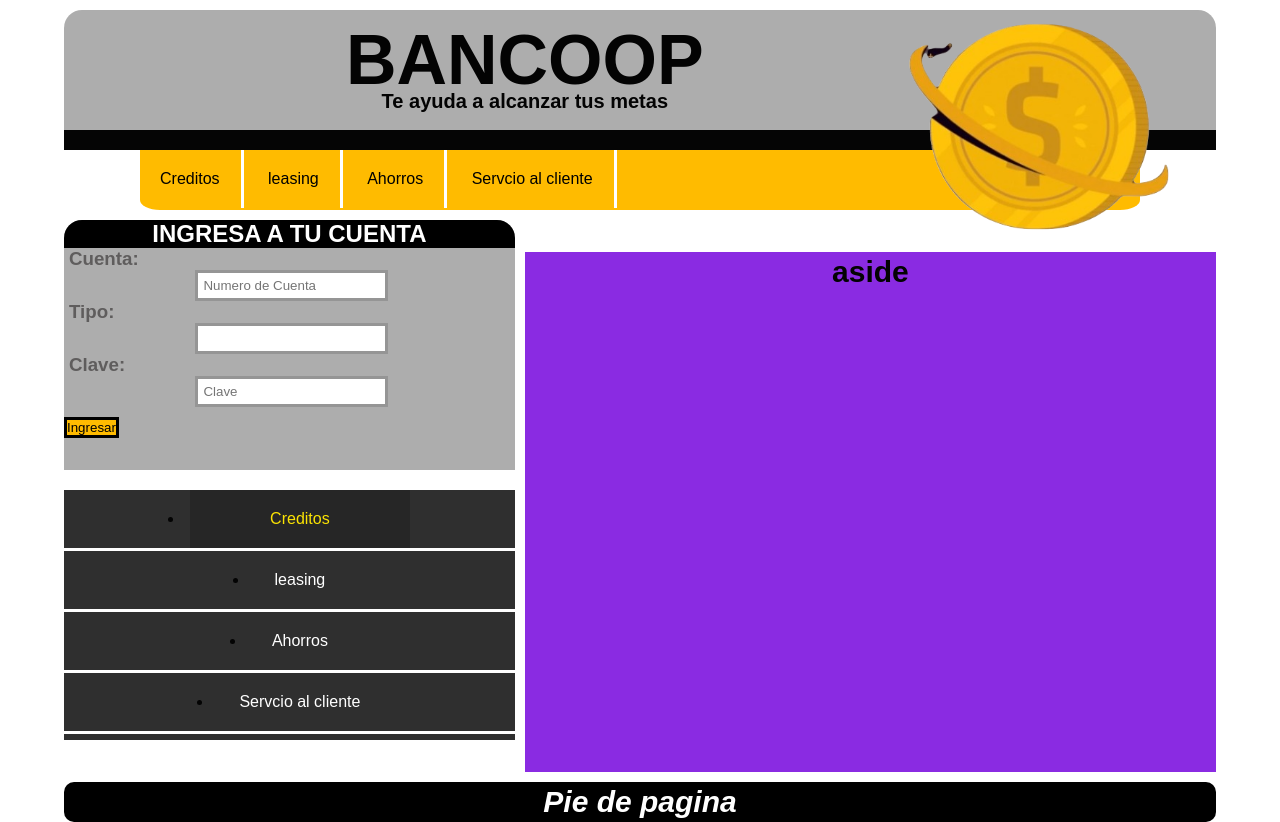
Repository: NickArregoces/BANCOOP
Page: Index.html
These files come from the project's save history. The page is drawn as it stood at one moment and after the next save; the edit follows.
The browser window is 1280 px wide. The pictures show the whole page.
The pointer rests on the first visible `.opciones li a`.

Above is the page before, as saved 2021-09-29 20:46:08.

### Index.html
<!DOCTYPE html>
<html lang="en">
<head>
    <meta charset="UTF-8">
    <meta http-equiv="X-UA-Compatible" content="IE=edge">
    <meta name="viewport" content="width=device-width, initial-scale=1.0">
    <title>BANCOOP Home</title>
    <link rel="stylesheet" href="/CSS/Style.css">
</head>
<body>
    <div id="head">
        <header>
            <div class="image">
                <img src="/Images/logo.png" alt="logo">
            </div>
            <div class="title" >
                <h1>BANCOOP</h1>
                <h3>Te ayuda a alcanzar tus metas</h3>
            </div>

        </header>

        <nav class="barra"></nav>

        <ul class="menu">
            <li><a href="#">Creditos</a></li>
            <li><a href="#">leasing</a></li>
            <li><a href="#">Ahorros</a></li>
            <li><a href="#">Servcio al cliente</a></li>
        </ul>
    </div>

        <div id="Contenido">
            <div class="section">
                <form action="" class="login">
                    <h2 style="color: rgb(255, 255, 255);">INGRESA A TU CUENTA</h2>

                    <h3 >Cuenta:<input type="number" placeholder="Numero de Cuenta"></h3>

                    <h3>Tipo:<input type="text"></h3>

                    <h3>Clave:<input type="password" placeholder="Clave"></h3>

                    <button class="sumbit"> Ingresar </button>
                </form>

                <article class="opciones">
                    <li><a href="#">Creditos</a></li>
                    <li><a href="#">leasing</a></li>
                    <li><a href="#">Ahorros</a></li>
                    <li><a href="#">Servcio al cliente</a></li>
                </article>
            </div>

            <div id="Cuadros">
                <aside>
                    <h2>aside</h2>
                </aside>
            </div>

                <div>
                    <footer>
                        <h2>Pie de pagina</h2>
                    </footer>
                </div>
        </div>

</body>
</html>

### CSS/Style.css

*{
    margin: 0 auto;
    padding: 0px;
}
body{
    font-family: Arial, Helvetica, sans-serif;
    background: rgb(255, 255, 255);
    width: 90%;
    color: rgb(3, 3, 3);
}
header{
    width: 100%;
    margin-top: 10px;
    background: rgb(173, 173, 173);
    border-top-left-radius:  18px;
    border-top-right-radius:  18px;
    height: 120px;
}
    img{
        float: right;
        width: 30%;
    }
    .title{
        float: right;
        width: 60%;
        margin-top: 20px;
    }
    header h1{
        font-size: 70px;
        text-align: center;
        line-height: 60px;
        display: block;
    }
    header h3{
        font-size: 20px;
        text-align: center;
    }
nav.barra{
    background: rgb(5, 5, 5);
    height: 20px;
}

ul.menu{
    border-bottom-left-radius: 20px 10px;
    border-bottom-right-radius: 20px 10px;
    background: rgb(255, 187, 0);
    height: 60px;
    list-style: none;
    padding: 0;
    max-width: 1000px;
}
    .menu li a{
        margin-right: 1px;
        text-decoration: none;
        color:black;
        padding: 20px;
        display: inline-block;
    }
    .menu li {
        border-right: solid white;
        display: inline-block;
        }
    .menu li a:hover{
        background: #242323b6;
        color: white;
        }

.section{
    width: 40%;
    float: left;
}
    form{
        background: rgb(173, 173, 173);
        border-top-left-radius: 18px;
        border-top-right-radius: 18px;
        margin-top: 10px;
        margin-right:10px;
        margin-bottom: 10px;
        height: 250px;
    }
        .login h2{
            text-align: center;
            background: black;
            border-top-left-radius: 18px;
            border-top-right-radius: 18px;
        }
        form h3{
            margin-left: 5px;
            color: rgb(95, 93, 93);
        }
        form input{
            padding: 5px;
            display: block;
            border: solid rgb(149, 149, 149);
        }
        button{
            margin-top: 10px;
            text-align: center;
            background: rgb(255, 187, 0);
            border: solid black;
        }

    article {
        height: 250px;
        background: rgba(0, 0, 0, 0.815);
        margin-top: 20px;
        margin-right:10px;
        margin-bottom: 10px;
    }
        .opciones li a{
            margin-right: 1px;
            text-align: center;
            text-decoration: none;
            color:rgb(255, 255, 255);
            padding: 20px;
            display: inline-block;
        }
        .opciones li {
            border-bottom: solid white;
            text-align: center;
            display:inline-flexbox;
            }
        .opciones li a:hover{
            background: #242323b6;
            color: rgb(251, 227, 3);
            width: 40%;
            }

aside{
    width: 60%;
    height: 520px;
    background: blueviolet;
    margin-top: 10px;
    float: right;
    margin-bottom: 10px;
}
    aside h2{
        font-size: 30px;
        text-align: center;
        line-height: 40px;
    }


footer{
    background: black;
    clear: both;
    border-radius: 10px;
}
    footer h2{
        font-size: 30px;
        text-align: center;
        line-height: 40px;
        color: white;
        font-style:italic;
    }

After the next save:
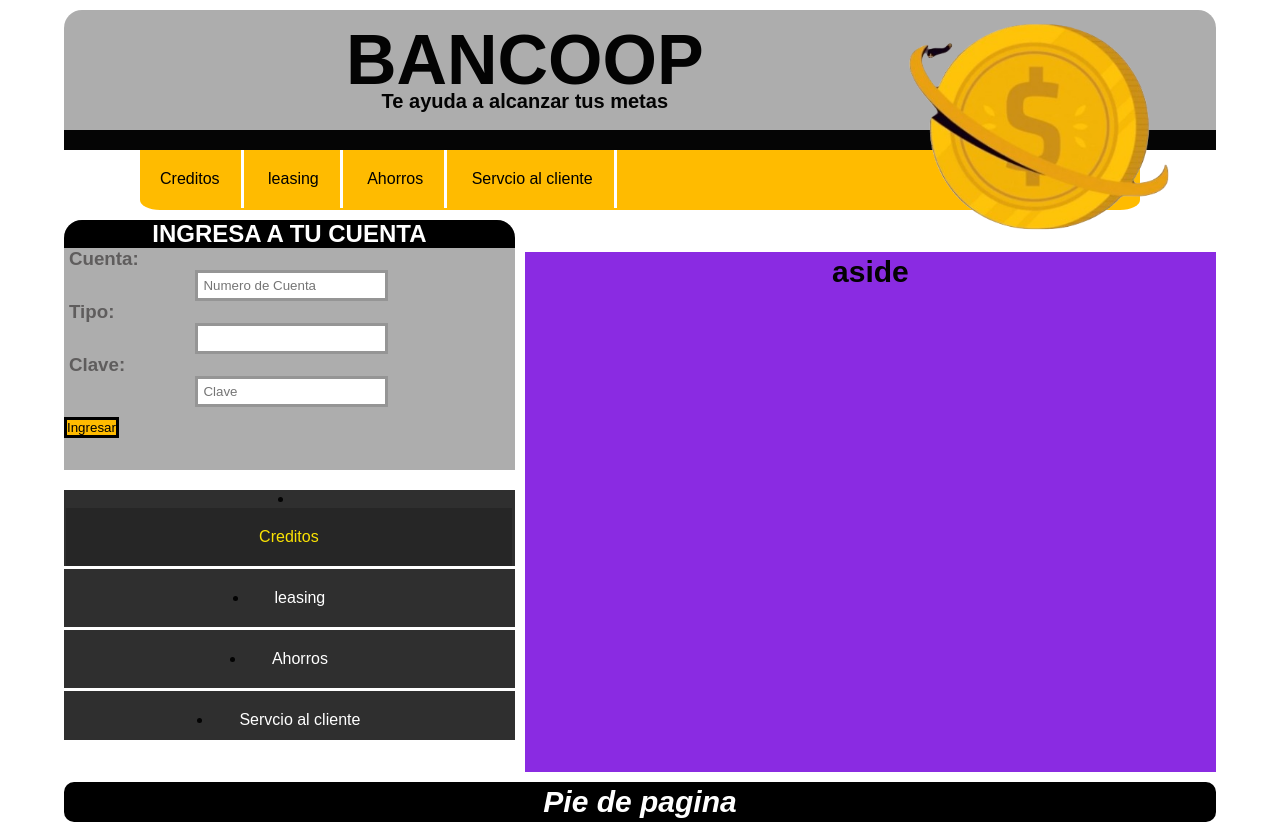
Saved 14 s later.
--- a/CSS/Style.css
+++ b/CSS/Style.css
@@ -124,7 +124,7 @@ ul.menu{
         .opciones li a:hover{
             background: #242323b6;
             color: rgb(251, 227, 3);
-            width: 40%;
+            width: 90%;
             }
 
 aside{

After the save that followed:
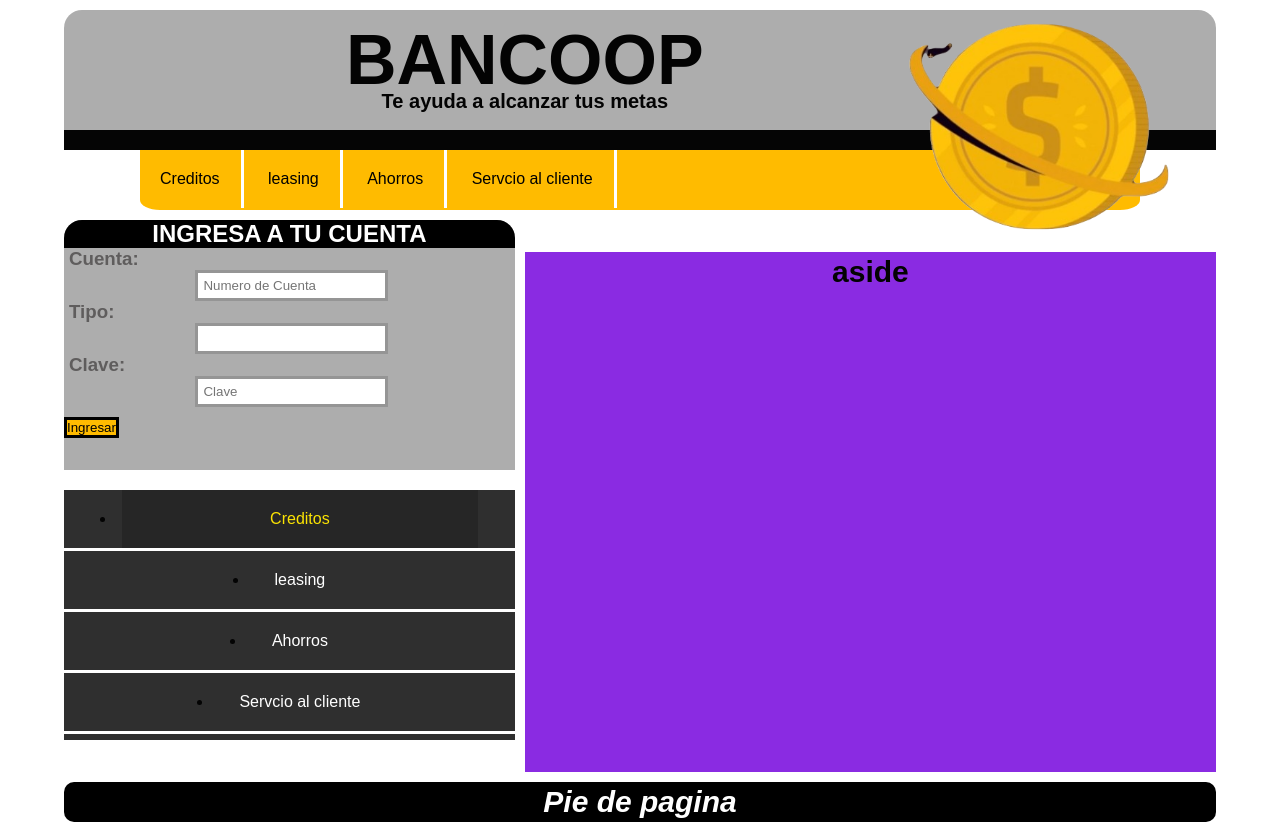
Saved 6 s later.
--- a/CSS/Style.css
+++ b/CSS/Style.css
@@ -124,7 +124,7 @@ ul.menu{
         .opciones li a:hover{
             background: #242323b6;
             color: rgb(251, 227, 3);
-            width: 90%;
+            width: 70%;
             }
 
 aside{
